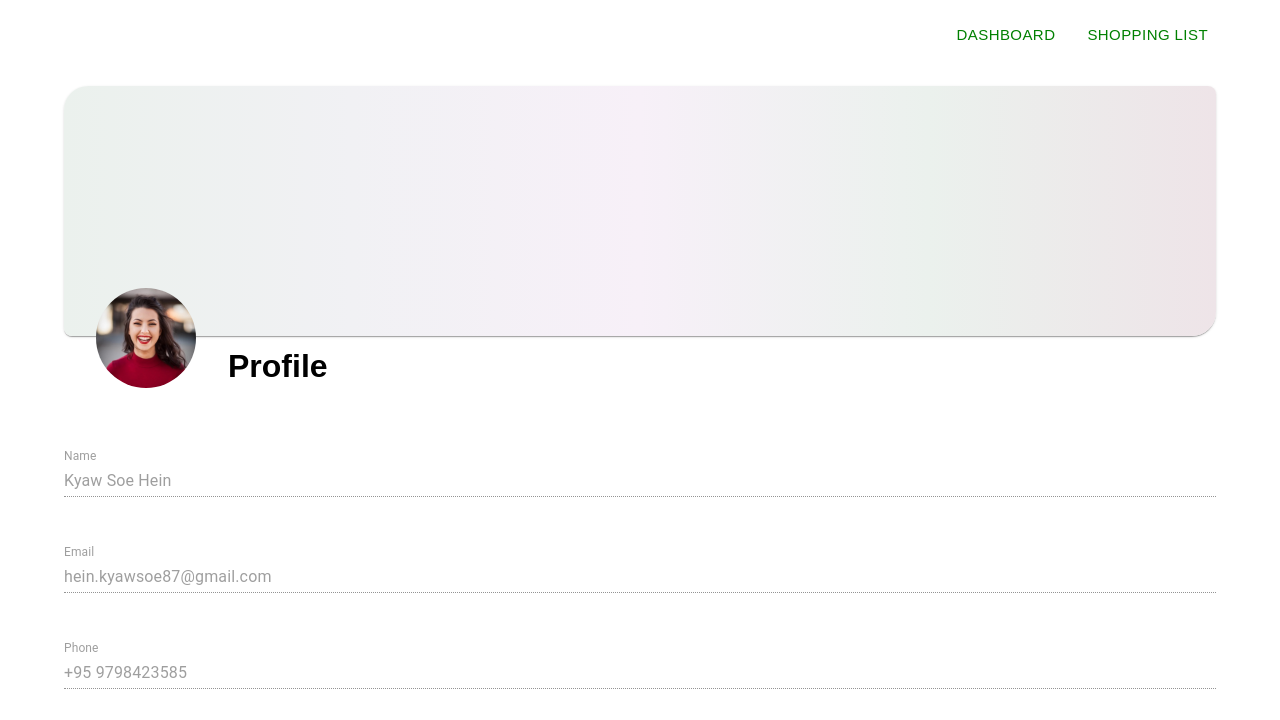
Repository: KyawSoeHein/GoogleAuthReact
Page: /
The author's editor kept a copy of each file at every save. The page is drawn from the files as they stood at one save, then again after the next save.
The browser window is 1280 px wide. The pictures show the whole page.
The project was rebuilt for these pictures with package versions that can differ from the ones it lists, and the page was loaded fresh each time.

Above is the page before, as saved 2022-02-14 20:31:26.

After the next save:
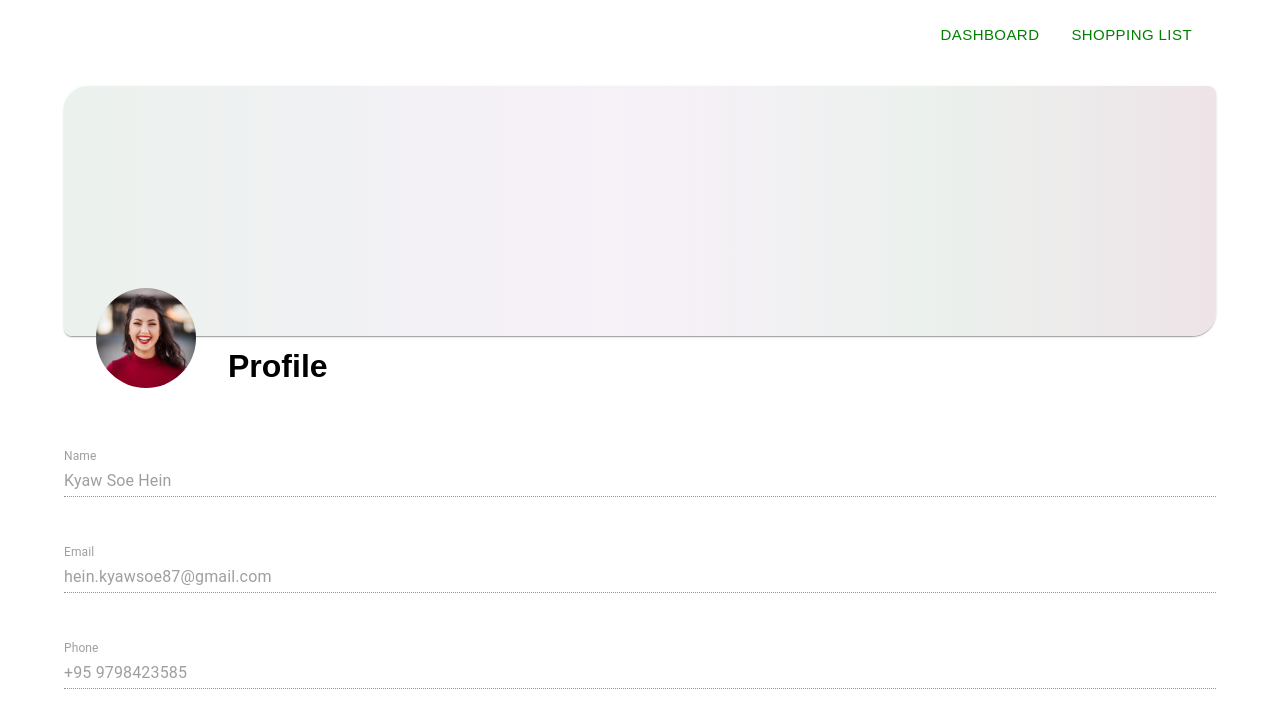
Saved 36 s later.
--- a/src/View/Dashboard.tsx
+++ b/src/View/Dashboard.tsx
@@ -16,6 +16,7 @@ const Dashboard = () => {
             marginTop: dividerSpace,
             display: "flex",
             flexDirection: "row-reverse",
+            marginRight: dividerSpace,
           }}
         >
           <MenuSelection />
